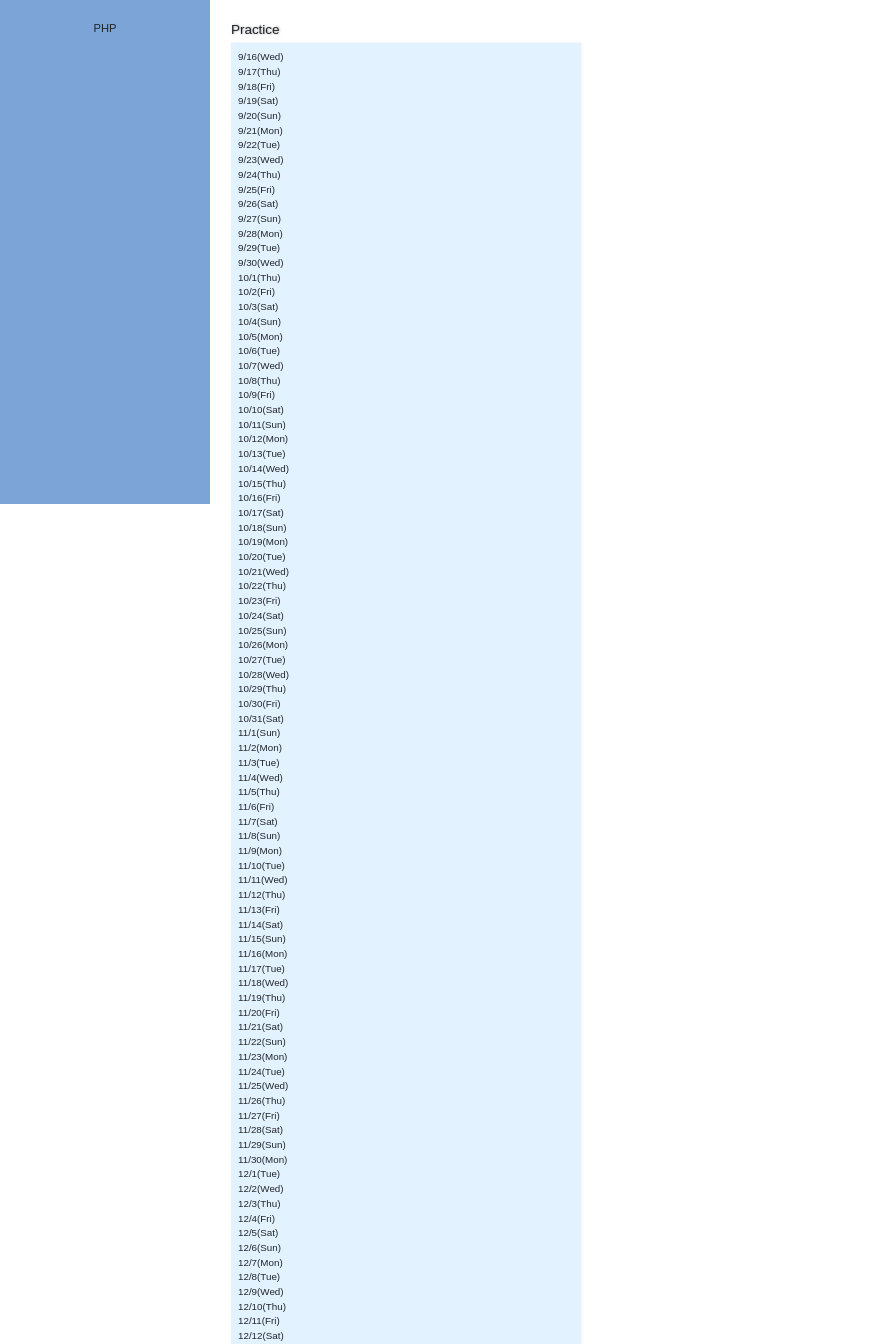
Repository: takeco/practice
Page: http://localhost/php/sample07.php
These files come from the project's save history. The page is drawn as it stood at one moment and after a run of saves; the edit follows.
The browser window is 1280 px wide. The pictures show the part of the page from y = 0 to 1920 px (the page is 21127 px tall before and 720 px after), at 70% of full size.
The page is run by PHP 8.4 with error messages shown; the project is at /var/www/html/.

Above is the page before, as saved 2020-09-23 06:32:34.

After the next 4 saves:
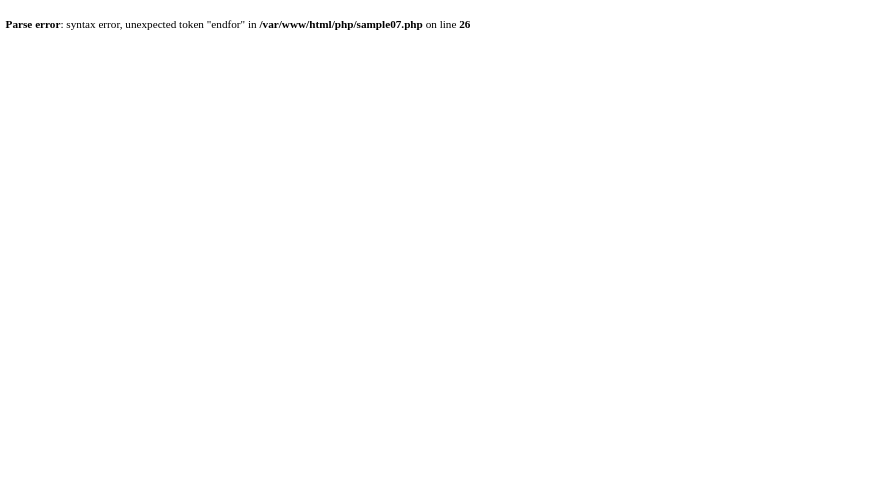
The 4 saves are shown as one change because they came seconds apart.
The last was saved 24 s later.
--- a/php/sample07.php
+++ b/php/sample07.php
@@ -19,7 +19,7 @@
 <h2>Practice</h2>
 <pre>
 <?php
-for ($i=1; $i<=1000; $i++):
+for ($i=1; $i<=365; $i++){
     $date = strtotime('+' . $i . 'day');
     print (date('n/j(D)', $date));
     print "\n";

After the 3 saves that followed:
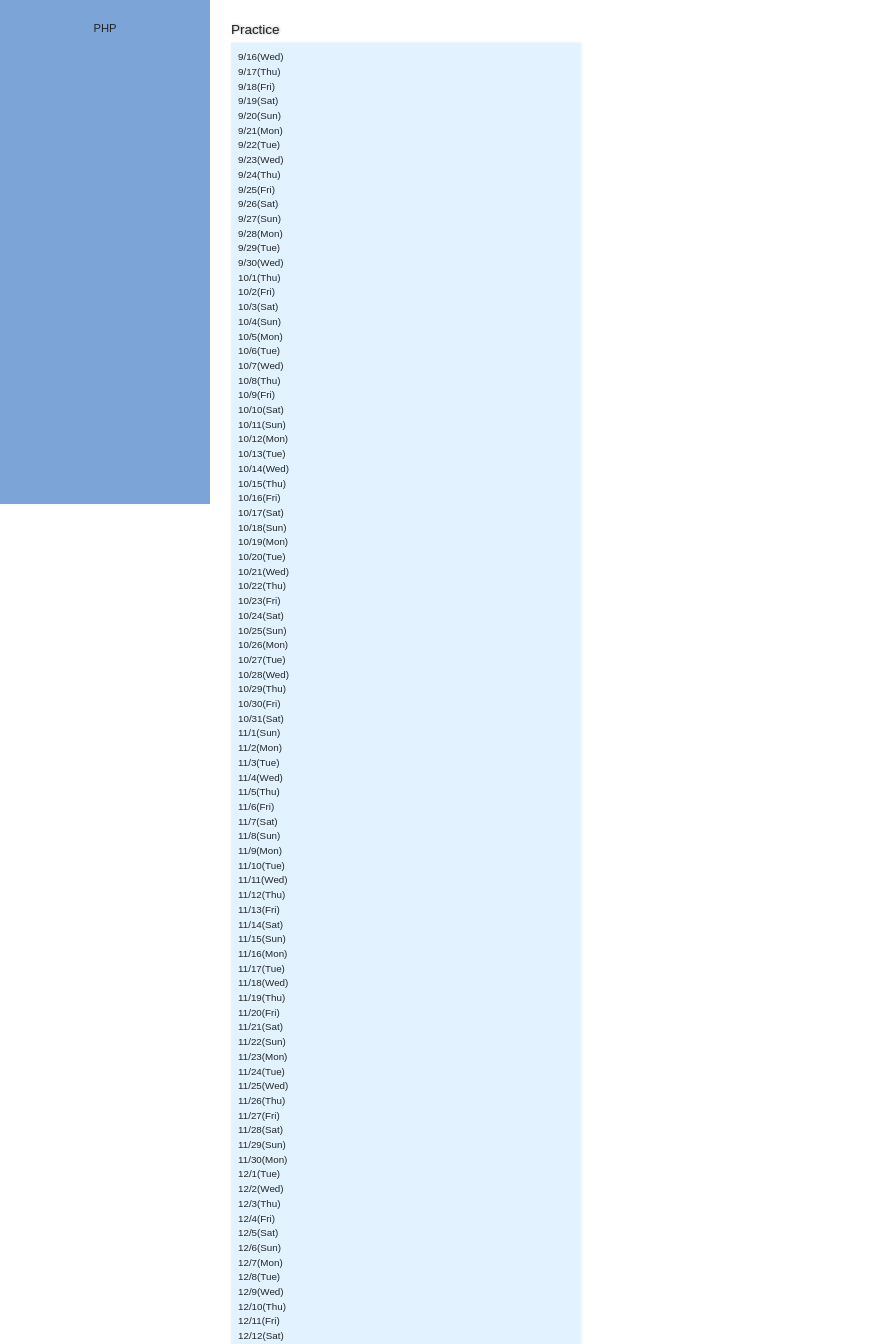
The 3 saves are shown as one change because they came seconds apart.
The last was saved 9 s later.
--- a/php/sample07.php
+++ b/php/sample07.php
@@ -23,7 +23,7 @@ for ($i=1; $i<=1000; $i++):
     $date = strtotime('+' . $i . 'day');
     print (date('n/j(D)', $date));
     print "\n";
-endfor;
+}
 ?>
 </pre>
 </main>
